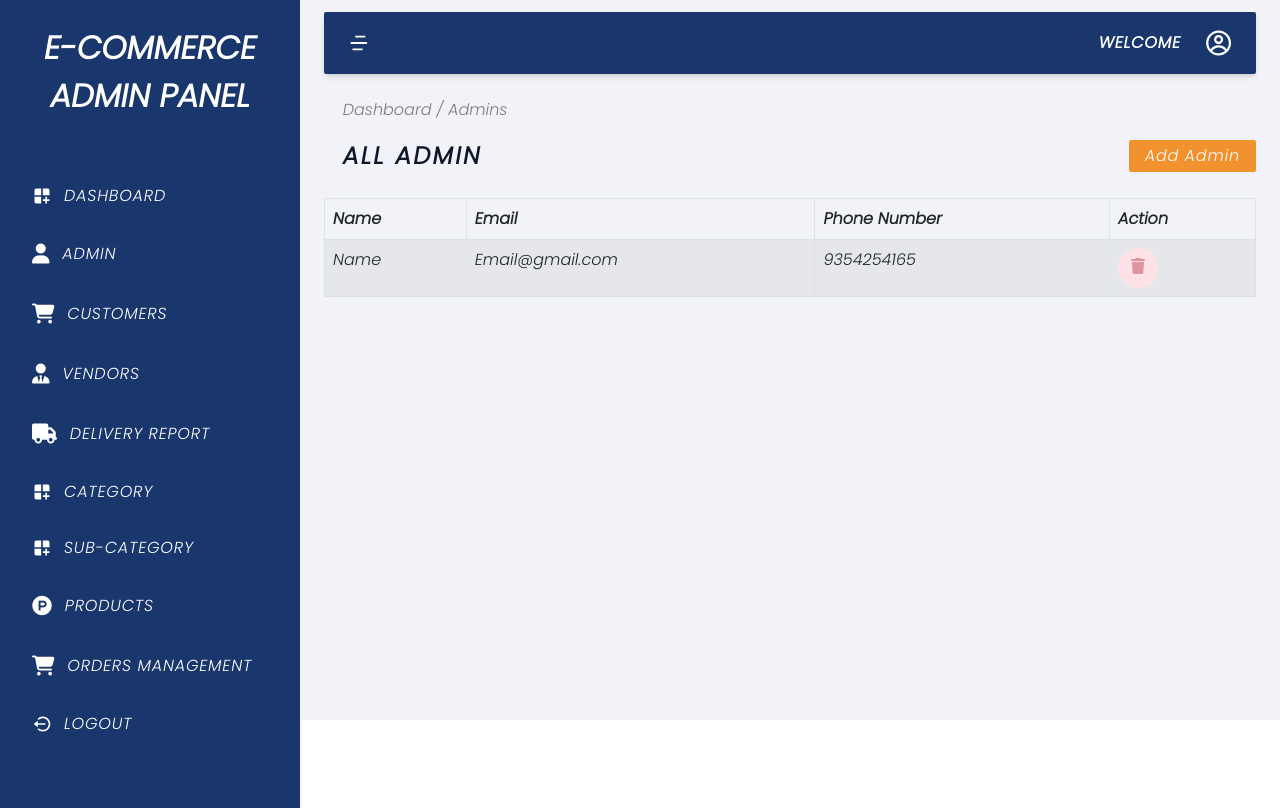
Repository: FlyweisReact/Hariom-Admin-Panel
Page: /E-Commerce/Admin
These files come from the project's save history. The page is drawn as it stood at one moment and after the next save; the edit follows.
The browser window is 1280 px wide. The pictures show the whole page.
Some web libraries are served in a nearby version. The project was rebuilt for these pictures with package versions that can differ from the ones it lists, and the page was loaded fresh each time. Also part of the build but not shown: src/vendorPanel/forms/VendorLogin.jsx, src/vendorPanel/layout/Navbar.jsx, src/vendorPanel/layout/Sidebar.jsx, src/vendorPanel/layout/HOC.jsx, src/vendorPanel/pages/AdminDiscount.js, src/vendorPanel/pages/AdminReview.js, src/vendorPanel/pages/Astrologers.js, src/vendorPanel/pages/Banners.js and 32 more.

Above is the page before, as saved 2023-04-26 18:52:52.

### public/index.html
<!-- @format -->

<!DOCTYPE html>
<html lang="en">
  <head>
    <meta charset="utf-8" />
    <meta name="viewport" content="width=device-width, initial-scale=1" />
    <meta name="theme-color" content="#000000" />
    <meta
      name="description"
      content="Web site created using create-react-app"
    />
    <link rel="apple-touch-icon" href="%PUBLIC_URL%/favicon.ico?v=2" />
    <link rel="manifest" href="%PUBLIC_URL%/manifest.json" />
    <link rel="preconnect" href="https://fonts.googleapis.com">
<link rel="preconnect" href="https://fonts.gstatic.com" crossorigin>
<link href="https://fonts.googleapis.com/css2?family=Roboto+Mono:ital,wght@1,300&display=swap" rel="stylesheet">
    <title>HariOm</title>
  </head>
  <body>
    <noscript>You need to enable JavaScript to run this app.</noscript>
    <div id="root"></div>
    <script src="https://code.jquery.com/jquery-3.6.0.min.js"></script>
    <script src="https://kit.fontawesome.com/b533b351e4.js" crossorigin="anonymous"></script>
  </body>
</html>

### src/index.js
import React from "react";
import ReactDOM from "react-dom/client";
import "./index.css";
import App from "./App";
import { BrowserRouter } from "react-router-dom";
import 'bootstrap/dist/css/bootstrap.min.css'

const root = ReactDOM.createRoot(document.getElementById("root"));
root.render(
  <React.StrictMode>
    <BrowserRouter>
      <App />
    </BrowserRouter>
  </React.StrictMode>
);

### src/index.css
/** @format */

@tailwind base;
@tailwind components;
@tailwind utilities;
@import url("https://fonts.googleapis.com/css2?family=Roboto+Mono:ital,wght@1,300&display=swap");
@font-face {
  font-family: Roboto;
  src: url("./Fonts/Poppins-LightItalic.ttf");
}
body {
  margin: 0;
  font-family: Roboto !important;
  -webkit-font-smoothing: antialiased;
  -moz-osx-font-smoothing: grayscale;
}

code {
  font-family: Roboto !important;
}

html {
  font-family: Roboto !important;
}

::-webkit-scrollbar {
  width: 10px;
}
.fa-trash {
  color: red;
  cursor: pointer;
}

.iCOn {

  transition: 0.5s;
  box-shadow: none;
  transform: scale(1);
}
.cardDiv{
  cursor: pointer;
}

.cardDiv:hover .iCOn{
  box-shadow: rgba(0, 0, 0, 0.35) 0px 5px 15px;
  transform: scale(1.3);
}

/* Track */
::-webkit-scrollbar-track {
  background: #f1f1f1;
}

/* Handle */
::-webkit-scrollbar-thumb {
  background: #888;
}

/* Handle on hover */
::-webkit-scrollbar-thumb:hover {
  background: #555;
}
.profileImage {
  width: 100px;
}
.fa-eye {
  color: #029aff;
  cursor: pointer;
}
.fa-edit {
  cursor: pointer;
  color: blue;
}

.View {
  border: 1px solid black;
  width: 100%;
  padding: 10px;
}

.main-card--container {
  display: grid;
  grid-template-columns: repeat(3, minmax(300px, 500px));
  grid-gap: 50px;
  justify-content: space-around;
}
.card-container {
  margin: 25px 0 auto;
  box-shadow: rgba(0, 0, 0, 0.35) 0px 5px 15px;
  position: relative;
  display: grid;
  grid-template-columns: 1fr;
  justify-content: space-around;
  align-items: flex-start;
}

.myEdit:focus {
  box-shadow: rgba(0, 0, 0, 0.35) 0px 5px 15px;
}



.AstroLogin{
  color: #fff;
  background-color: #2b7a8e;
  padding: 10px;
  width: 380px;
  text-align: center;
  font-size: 20px;
  background: linear-gradient(to left, #2b7a8e 50%, #fff 50%) right;
  background-size: 200%;
  transition: 0.5s ease-out;
  border: 1px solid #2b7a8e;
  margin-top: 10px;
  text-transform: uppercase;
}
.AstroLogin:hover {
  background-position: left;
  color: #2b7a8e;
}

.EcommerceAdminLogin{
  color: #fff;
  background-color: #19376d ;
  padding: 10px;
  width: 380px;
  text-align: center;
  font-size: 20px;
  background: linear-gradient(to left, #19376d 50%, #fff 50%) right;
  background-size: 200%;
  transition: 0.5s ease-out;
  border: 1px solid #19376d;
  margin-top: 10px;
  text-transform: uppercase;
}

.EcommerceAdminLogin:hover{
  background-position: left;
  color: #19376d;
}
.EcommerceVendorLogin{
  color: #fff;
  background-color: #576cbc;
  padding: 10px;
  width: 380px;
  text-align: center;
  font-size: 20px;
  background: linear-gradient(to left, #576cbc 50%, #fff 50%) right;
  background-size: 200%;
  transition: 0.5s ease-out;
  border: 1px solid #576cbc;
  margin-top: 10px;
  text-transform: uppercase;
}

.EcommerceVendorLogin:hover{
  background-position: left;
  color: #576cbc;
}

.view{
  background-color: #2196f3;
  color: #fff;
  width: 50%;
  padding: 5px;
}


.two-sec{
display:flex;
justify-content: space-evenly;
  justify-content: space-evenly;
}
.two-sec .left{
  width: 60%;
  background-color: #f6f1ef;
  padding: 20px;
 }
 .two-sec .left .head{
  font-size: 25px;
  font-weight: bold;
 }



.two-sec .right{
  width: 30%;
  background-color: #f6f1ef;
 }

 .searchDiv{
  width: 100%;
  display: flex;
  gap: 10px;
  border: 1px solid rgb(179, 179, 179);
  padding: 10px;
  margin-bottom: 20px;
  align-items: center;
 }
 .searchDiv input {
  width: 94%;
  outline: none;
  border: none;
 }

 .flexCont {
  display: flex;
  align-items: center;
  gap: 10px;
 }
 .flexCont img{
  width: 60px;
  background-color: #e9ecef;
 }

 .blockContent{
  display: block;
 }
 .blockContent p{
  margin: 0;
 }

 .checkBox{
  width: 50px;
  height: 25px;
  background-color: #e9ecef;
  border-radius: 50px;
  position: relative;
  cursor: pointer;
 }
 .checkBox span{
  width: 20px;
  height: 20px;
  border-radius: 100%;
  background-color: #fff;
  position: absolute;
  left: 5px;
  top: 2px;
 }
 .ActivecheckBox{
  width: 50px;
  height: 25px;
  background-color: #0d6efd;
  border-radius: 50px;
  position: relative;
  cursor: pointer;
 }
 .ActivecheckBox span{
  width: 20px;
  height: 20px;
  border-radius: 100%;
  background-color: #fff;
  position: absolute;
  right: 5px;
  top: 2px;
 }

 .fa-eye{
  color: #0cba73;
  background-color: #d6f8e8;
  width: 40px;
  text-align: center;
  height: 40px;
  display: flex;
  border-radius: 100%;
  justify-content: center;
  padding-top: 10px;  transition: 0.5s;
 }

 .fa-pen-to-square{
  color: #f4c39c;
  background-color: #ffebdb;
  width: 40px;
  text-align: center;
  height: 40px;
  display: flex;
  border-radius: 100%;
  justify-content: center;
  padding-top: 10px;
  cursor: pointer;  transition: 0.5s;
 }
 .fa-trash{
  color: #df939f;
  background-color: #ffe1e8;
  width: 40px;
  text-align: center;
  height: 40px;
  display: flex;
  border-radius: 100%;
  justify-content: center;
  padding-top: 10px;
  cursor: pointer;
  transition: 0.5s;
 }
 .fa-trash:hover{
  transform: scale(1.2);
 }
 .fa-eye:hover{
  transform: scale(1.2);
 }
 .fa-pen-to-square:hover{
  transform: scale(1.2);
 }
 .required{
  color: #e74260;
 }

 .headP{
  margin-left: 2%;
  color: #7b7c7d;
 }
 .filterBox{
  display: flex;
  align-items: center;
  gap: 10px;
  border-bottom: 1px solid #d4d7dc;
  padding-bottom: 20px;
  margin-bottom: 20px;
 }
 .filterBox img{
  width: 30px;

 }
 .filterBox input{
  width: 100%;
  border: 1px solid #d4d7dc;
  outline: none;
  padding: 5px;
  color: black;
 }
 .sectionCont{
  width: 98%;
  background-color: #fff;
  margin-left: 2%;
  padding: 20px;
 }

### src/App.js
/** @format */

import { Routes, Route } from "react-router-dom";
import { ToastContainer } from "react-toastify";
import "react-toastify/dist/ReactToastify.css";
import VendorLogin from "./vendorPanel/forms/VendorLogin";
import AdminDiscount from "./vendorPanel/pages/AdminDiscount";
import AdminReview from "./vendorPanel/pages/AdminReview";
import Astrologers from "./vendorPanel/pages/Astrologers";
import Banners from "./vendorPanel/pages/Banners";
import Booking from "./vendorPanel/pages/Booking";
import Horoscope from "./vendorPanel/pages/Horoscope";
import Kundli from "./vendorPanel/pages/Kundli";
import Message from "./vendorPanel/pages/Message";
import UploadDocs from "./vendorPanel/pages/UploadDocs";
import Users from "./vendorPanel/pages/Users";
import VendorDashboard from "./vendorPanel/pages/VendorDashboard.jsx";
import AdminUsers from "./vendorPanel/pages/AdminUsers";
import AdminBlogs from "./vendorPanel/pages/AdminBlogs";
import AdminCategory from "./vendorPanel/pages/AdminCategory";
import Support from "./vendorPanel/pages/Support";
import AdminTerms from "./vendorPanel/pages/AdminTerms";
import Login from "./E-CommerceAdmin/forms/Login";
import Dashboard from "./E-CommerceAdmin/pages/Dashboard";
import ECategory from "./E-CommerceAdmin/pages/ECategory";
import EProduct from "./E-CommerceAdmin/pages/EProduct";
import EVendorLogin from './E-CommerceVendor/forms/EVendorLogin'
import EVDashboard from "./E-CommerceVendor/pages/EVDashboard";
import EVCategory from "./E-CommerceVendor/pages/EVCategory";
import EVProduct from "./E-CommerceVendor/pages/EVProduct";
import EVendorList from "./E-CommerceAdmin/pages/EVendorList";
import EAdminOrders from "./E-CommerceAdmin/pages/EAdminOrders";
import EAdminProduct from "./E-CommerceAdmin/pages/EAdminProduct";
import EAdminDelivery from "./E-CommerceAdmin/pages/EAdminDelivery";
import EAdminCustomer from "./E-CommerceAdmin/pages/EAdminCustomer";
import EAdmin from "./E-CommerceAdmin/pages/EAdmin";
import ESubCategory from "./E-CommerceAdmin/pages/ESubCategory";
import ESingleProduct from "./E-CommerceAdmin/pages/ESingleProduct";
import EVSubCategory from "./E-CommerceVendor/pages/EVSubCategory";
import EVOrders from "./E-CommerceVendor/pages/EVOrders";
function App() {
  return (
    <>
      <ToastContainer />

      <Routes>
        {/* Astrologer Admin Panel */}
        <Route path="/" element={<VendorLogin />} />
        <Route path="/vendorDashboard" element={<VendorDashboard />} />
        <Route path="/astro" element={<Astrologers />} />
        <Route path="/kundli" element={<Kundli />} />
        <Route path="/horo" element={<Horoscope />} />
        <Route path="/adminReviews" element={<AdminReview />} />
        <Route path="/uploadDocs" element={<UploadDocs />} />
        <Route path="/Banners" element={<Banners />} />
        <Route path="/AdminDiscount" element={<AdminDiscount />} />
        <Route path="/msg" element={<Message />} />
        <Route path="/book" element={<Booking />} />
        <Route path="/privacy-policy" element={<Users />} />
        <Route path="/admin/users" element={<AdminUsers />} />
        <Route path="/admin/blogs" element={<AdminBlogs />} />
        <Route path="/admin/category" element={<AdminCategory />} />
        <Route path="/admin/support" element={<Support />} />
        <Route path="/admin/terms" element={<AdminTerms />} />
        {/* ----------------------------------------- */}

        {/* E-Commerce Admin Panel */}
          <Route path="/E-Commerce/login" element={<Login />} />
          <Route path="/E-Commerce/dashboard" element={<Dashboard />} />
          <Route path="/E-Commerce/Category" element={<ECategory />} />
          <Route path="/E-Commerce/Product" element={<EProduct />} />
          <Route path="/E-Commerce/VendorList" element={<EVendorList />} />
          <Route path="/E-commerce/Admin/Orders" element={<EAdminOrders />} />
          <Route path="/E-Commerce/Admin/Product/:id" element={<EAdminProduct />} />
          <Route path="/E-Commerce/Admin/Delivery" element={<EAdminDelivery />} />
          <Route path="/E-Commerce/Admin/Customer" element={<EAdminCustomer />} />
          <Route path="/E-Commerce/Admin" element={<EAdmin />} />
          <Route path="/E-Commerce/Admin/subCat" element={<ESubCategory />} />
          <Route path="/E-Commerce/Admin/Sproduct/:id" element={<ESingleProduct />} />
        {/* ------------------------------- */}


        {/* E-Commerce Vendor Panel */}
        <Route path="/E-Commerce/vendor/login" element={<EVendorLogin />} />
        <Route path="/E-Commerce/vendor/dashboard" element={<EVDashboard />} />
        <Route path="/E-Commerce/vendor/category" element={<EVCategory />} />
        <Route path="/E-Commerce/vendor/product" element={<EVProduct />} />
        <Route path="/E-Commerce/vendor/subCategory" element={<EVSubCategory />} />
        <Route path="/E-Commerce/vendor/order" element={<EVOrders />} />

        {/* ------------------------------ */}
      </Routes>
    </>
  );
}

export default App;

### src/E-CommerceAdmin/pages/EAdmin.js
/** @format */

import React from "react";
import { Button, Form, Modal, Table } from "react-bootstrap";
import HOC from "../layout/HOC";

const EAdmin = () => {
  const [modalShow, setModalShow] = React.useState(false);

  function MyVerticallyCenteredModal(props) {
    return (
      <Modal
        {...props}
        size="lg"
        aria-labelledby="contained-modal-title-vcenter"
        centered
      >
        <Modal.Header closeButton>
          <Modal.Title id="contained-modal-title-vcenter">
            {" "}
            Add Admin
          </Modal.Title>
        </Modal.Header>
        <Modal.Body>
          <Form>
            <Form.Group className="mb-3">
              <Form.Label>Name</Form.Label>
              <Form.Control type="text" required />
            </Form.Group>

            <Form.Group className="mb-3">
              <Form.Label>Email</Form.Label>
              <Form.Control type="email" required />
            </Form.Group>

            <Form.Group className="mb-3">
              <Form.Label>Phone Number</Form.Label>
              <Form.Control type="number" required />
            </Form.Group>

            <Form.Group className="mb-3">
              <Form.Label>Password</Form.Label>
              <Form.Control type="password" required />
            </Form.Group>

            <Button variant="outline-success" type="submit">
              Submit
            </Button>
          </Form>
        </Modal.Body>
      </Modal>
    );
  }

  return (
    <>
      <MyVerticallyCenteredModal
        show={modalShow}
        onHide={() => setModalShow(false)}
      />

      <p className="headP">Dashboard / Admins</p>

      <div className="pb-4 sticky top-0  w-full flex justify-between items-center"  style={{ width: "98%", marginLeft: "2%" }}>
        <span className="tracking-widest text-slate-900 font-semibold uppercase "   style={{ fontSize: "1.5rem" }}>
          All Admin
        </span>
        <button
          onClick={() => {
            setModalShow(true);
          }}
          className="md:py-2 px-3 md:px-4 py-1 rounded-sm bg-[rgb(241,146,46)] text-white tracking-wider"
        >
          Add Admin
        </button>
      </div>

      <div style={{ width: "100%", overflow: "auto" }}>
        <Table striped bordered hover>
          <thead>
            <tr>
              <th>Name</th>
              <th>Email</th>
              <th>Phone Number</th>
              <th>Action</th>
            </tr>
          </thead>
          <tbody>
            <tr>
              <td>Name</td>
              <td>Email@gmail.com</td>
              <td>9354254165</td>
              <td>
                <i className="fa-solid fa-trash" />
              </td>
            </tr>
          </tbody>
        </Table>
      </div>
    </>
  );
};

export default HOC(EAdmin);

### src/E-CommerceAdmin/layout/HOC.jsx
/** @format */

import React, { useState } from "react";
import Navbar from "./Navbar";
import Sidebar from "./Sidebar";

const HOC = (Wcomponenet) => {
  return function Component() {
    const [hamb, setHamb] = useState(false);
    return (
      <>
        <section className="flex overflow-x-hidden relative ">
          {/* Sidebar */}
          <div
            className={
              hamb
                ? " absolute top-0 z-30 md:w-auto shadow-md bg-slate-200  w-60 transition-all md:-left-full left duration-150  h-auto overflow-y-auto  left-0 "
                : " md:w-72 z-30 bg-slate-200  shadow-md  md:static absolute top-0 -left-full   transition-all duration-150  overflow-y-auto h-auto"
            }
            style={{ minWidth: "300px" }}
          >
            <Sidebar hamb={hamb} setHamb={setHamb} />
          </div>
          {/* Components & Navbar */}
          <div
            className={
              hamb
                ? " transition-all px-4 py-2  duration-150 w-full h-screen"
                : " w-full h-screen  px-4 py-2   z-50 transition-all duration-150 "
            }
            style={{backgroundColor : '#f2f3f8'}}
          >
            <Navbar hamb={hamb} setHamb={setHamb} />
            <div className="my-6 text-#000 h-[87%] wcomp overflow-y-auto">
              {" "}
              <Wcomponenet />
            </div>
          </div>
        </section>
      </>
    );
  };
};

export default HOC;

### src/E-CommerceAdmin/layout/Navbar.jsx
/** @format */

import { RiMenu4Line } from "react-icons/ri";
import { CgProfile } from "react-icons/cg";
import Form from "react-bootstrap/Form";
import { useState } from "react";
import Button from "react-bootstrap/Button";
import Modal from "react-bootstrap/Modal";
import Container from "react-bootstrap/Container";

function MyVerticallyCenteredModal(props) {
  return (
    <Modal
      {...props}
      size="lg"
      aria-labelledby="contained-modal-title-vcenter"
      centered
    >
      <Modal.Header closeButton>
        <Modal.Title id="contained-modal-title-vcenter">
          Edit Profile
        </Modal.Title>
      </Modal.Header>
      <Modal.Body>
        <Container style={{ width: "600px" }}>
          <Form>
            <Form.Group className="mb-3" controlId="formBasicEmail">
              <Form.Label>Name</Form.Label>
              <Form.Control type="text" placeholder="Admin" />
            </Form.Group>
            <Form.Group className="mb-3" controlId="formBasicPassword">
              <Form.Label>Email Address</Form.Label>
              <Form.Control type="email" placeholder="admin@gmail.com" />
            </Form.Group>
            <Form.Group className="mb-3" controlId="formBasicPassword">
              <Form.Label>Password</Form.Label>
              <Form.Control type="password" placeholder="Password" />
            </Form.Group>
            <Button variant="outline-success" type="submit">
              Edit
            </Button>
          </Form>
        </Container>
      </Modal.Body>
    </Modal>
  );
}

const Navbar = ({ hamb, setHamb }) => {
  const [modalShow, setModalShow] = useState(false);

  return (
    <>
      <MyVerticallyCenteredModal
        show={modalShow}
        onHide={() => setModalShow(false)}
      />

      <div
        className={
          hamb
            ? "flex  w-full justify-between  my-1 rounded-sm  p-4 py-3 shadow-md items-center  bg-slate-200 space-x-4"
            : "flex  w-full justify-between my-1 rounded-sm  p-4 py-3 shadow-md items-center  bg-slate-200 space-x-4"
        }
        style={{backgroundColor : '#19376d'}}
      >
        <RiMenu4Line
          onClick={() => setHamb(!hamb)}
          className="text-2xl font-bold text-gray-900 hover:scale-90 cursor-pointer"
          style={{color : '#fff'}}
        />

        <section className="flex sm:ml-auto justify-end sm:w-full items-center space-x-2  pr-2">
          <figcaption className="tracking-wider pl-1 font-semibold">
            <div className="lg:text-base text-sm text-gray-900  uppercase"    style={{color : '#fff'}}>
              Welcome
            </div>
          </figcaption>
        </section>

        <CgProfile
          onClick={() => setModalShow(true)}
          className="text-2xl sm:text-3xl font-bold text-[rgb(241,146,46)] cursor-pointer"
          style={{color : '#fff'}}
        />
      </div>
    </>
  );
};

export default Navbar;

### src/E-CommerceAdmin/layout/Sidebar.jsx
/** @format */

import React from "react";
import { RiCloseLine } from "react-icons/ri";
import { Link, useNavigate } from "react-router-dom";
import { BiLogOutCircle } from "react-icons/bi";
import { MdDashboardCustomize } from "react-icons/md";

const Sidebar = ({ hamb, setHamb }) => {
  const navigate = useNavigate();

  const nav = [
    {
      icon: <MdDashboardCustomize className="text-xl mr-3 rounded-full " />,
      link: "/E-Commerce/dashboard",
      name: "Dashboard",
    },

    {
      icon: (
        <i class="fa-solid fa-user text-xl mr-3 rounded-full"></i>
        ),
      link: "/E-Commerce/Admin",
      name: "Admin",
    },
    {
      icon: (
        <i className="fa-solid fa-cart-shopping text-xl mr-3 rounded-full"></i>
      ),
      link: "/E-Commerce/Admin/Customer",
      name: "Customers",
    },
    {
      icon:<i class="fa-solid fa-user-tie text-xl mr-3 rounded-full"></i>,
      link: "/E-Commerce/VendorList",
      name: "Vendors",
    },

    {
      icon: (
        <i class="fa-solid fa-truck  text-xl mr-3 rounded-full" ></i>
      ),
      link: "/E-Commerce/Admin/Delivery",
      name: "Delivery Report",
    },

    {
      icon: <MdDashboardCustomize className="text-xl mr-3 rounded-full " />,
      link: "/E-Commerce/Category",
      name: "Category",
    },

    {
      icon: (
        <MdDashboardCustomize className="text-xl mr-3 rounded-full " />
      ),
      link: "/E-Commerce/Admin/subCat",
      name: "Sub-Category",
    },

    {
      icon:<i className="fa-brands fa-product-hunt text-xl mr-3 rounded-full"></i>,
      link: "/E-Commerce/Product",
      name: "Products",
    },

    {
      icon: (
        <i className="fa-solid fa-cart-shopping text-xl mr-3 rounded-full"></i>
      ),
      link: "/E-commerce/Admin/Orders",
      name: "Orders Management",
    },
  ];

  const logOut = () => {
    navigate("/E-Commerce/login");
  };

  return (
    <>
      <aside
        className="p-4 h-auto"
        style={{ backgroundColor: "#19376d", minHeight: "100vh" }}
      >
        {/* Top */}
        <div className="w-full md:hidden relative  p-2 mb-4">
          <RiCloseLine
            onClick={() => setHamb(!hamb)}
            className="text-3xl  absolute top-2 sm:hover:rotate-[228deg] transition-transform font-bold right-2 sm:hover:text-[22px] text-[rgb(241,146,46)] cursor-pointer"
          />
        </div>{" "}
        <figure className="flex  flex-col items-center">
          <span
            className="font-bold text-[#fff]"
            style={{
              fontSize: "2rem",
              textAlign: "center",
              textTransform: "uppercase",
            }}
          >
            E-COMMERCE ADMIN PANEL
          </span>
        </figure>
        <nav className="py-6">
          {nav.map((nav) => {
            return (
              <Link
                to={nav.link}
                key={nav.name}
                className=""
                style={{ textDecoration: "none", textTransform: "uppercase" }}
              >
                <span
                  className="flex my-3 items-center cursor-pointer text-gray-900    tracking-wider p-2 rounded-sm"
                  style={{ color: "#FFF" }}
                >
                  {nav.icon} {nav.name}
                </span>
              </Link>
            );
          })}
          <span
            className="flex my-3 items-center cursor-pointer text-gray-900    tracking-wider p-2 rounded-sm"
            onClick={() => logOut()}
            style={{ color: "#FFF", textTransform: "uppercase" }}
          >
            <BiLogOutCircle className="text-xl mr-3 rounded-full " /> LogOut
          </span>
        </nav>
      </aside>
    </>
  );
};

export default Sidebar;

Loaded but not shown: tailwind.config.js (common file)

After the next save:
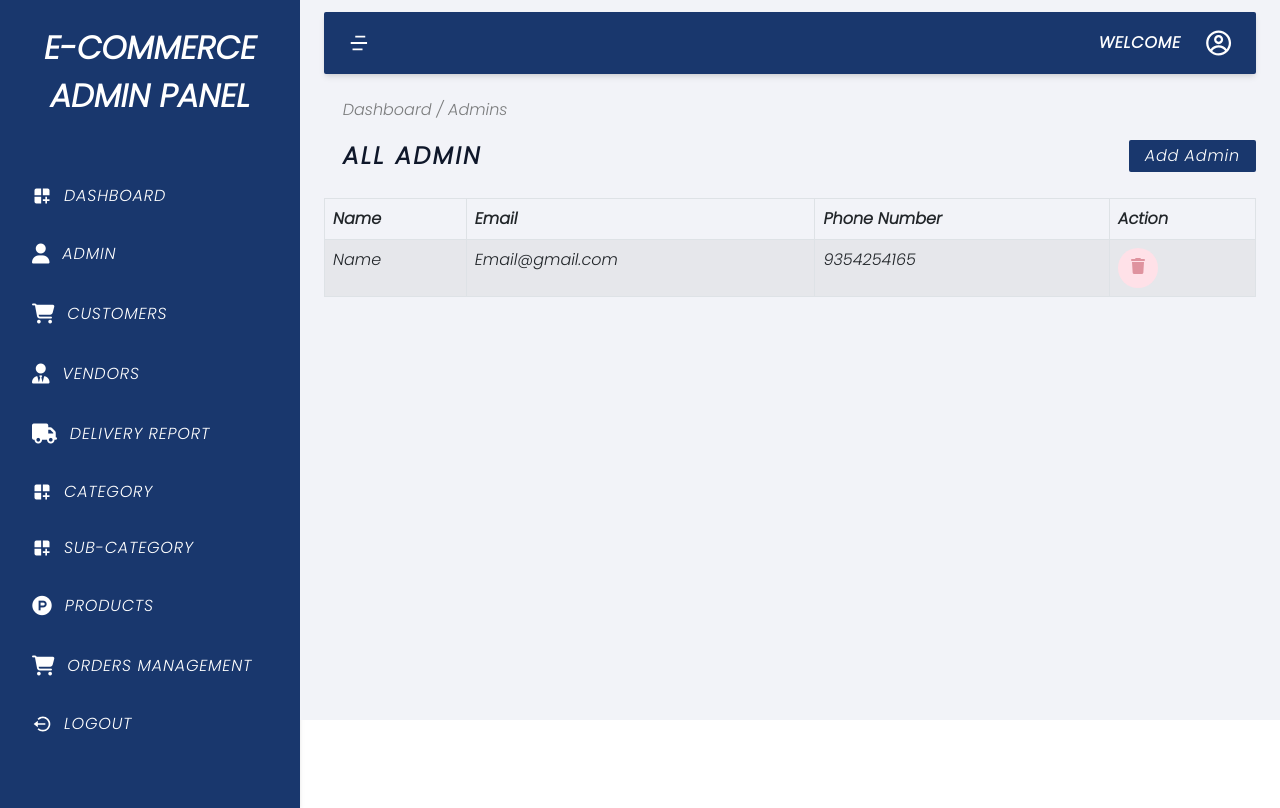
Saved 10 s later.
--- a/src/E-CommerceAdmin/pages/EAdmin.js
+++ b/src/E-CommerceAdmin/pages/EAdmin.js
@@ -69,7 +69,7 @@ const EAdmin = () => {
           onClick={() => {
             setModalShow(true);
           }}
-          className="md:py-2 px-3 md:px-4 py-1 rounded-sm bg-[rgb(241,146,46)] text-white tracking-wider"
+          className="md:py-2 px-3 md:px-4 py-1 rounded-sm  bg-[#19376d] text-white tracking-wider"
         >
           Add Admin
         </button>
